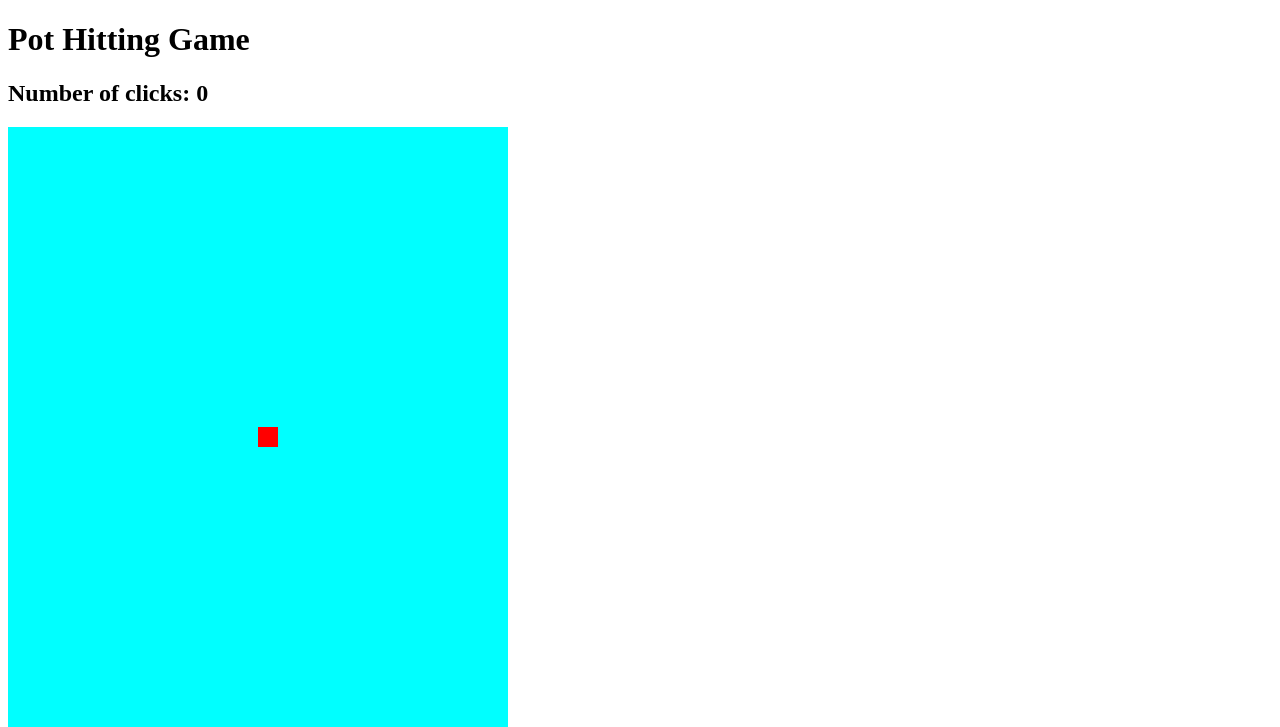
Repository: manojsatya/Web_development
Page: PotHitting_game/index.html
An editor plug-in stored every save of this project. The page is shown before and after the next save, followed by the edit.
The browser window is 1280 px wide. The pictures show the whole page.

Above is the page before, as saved 2019-06-03 10:07:43.

After the next save:
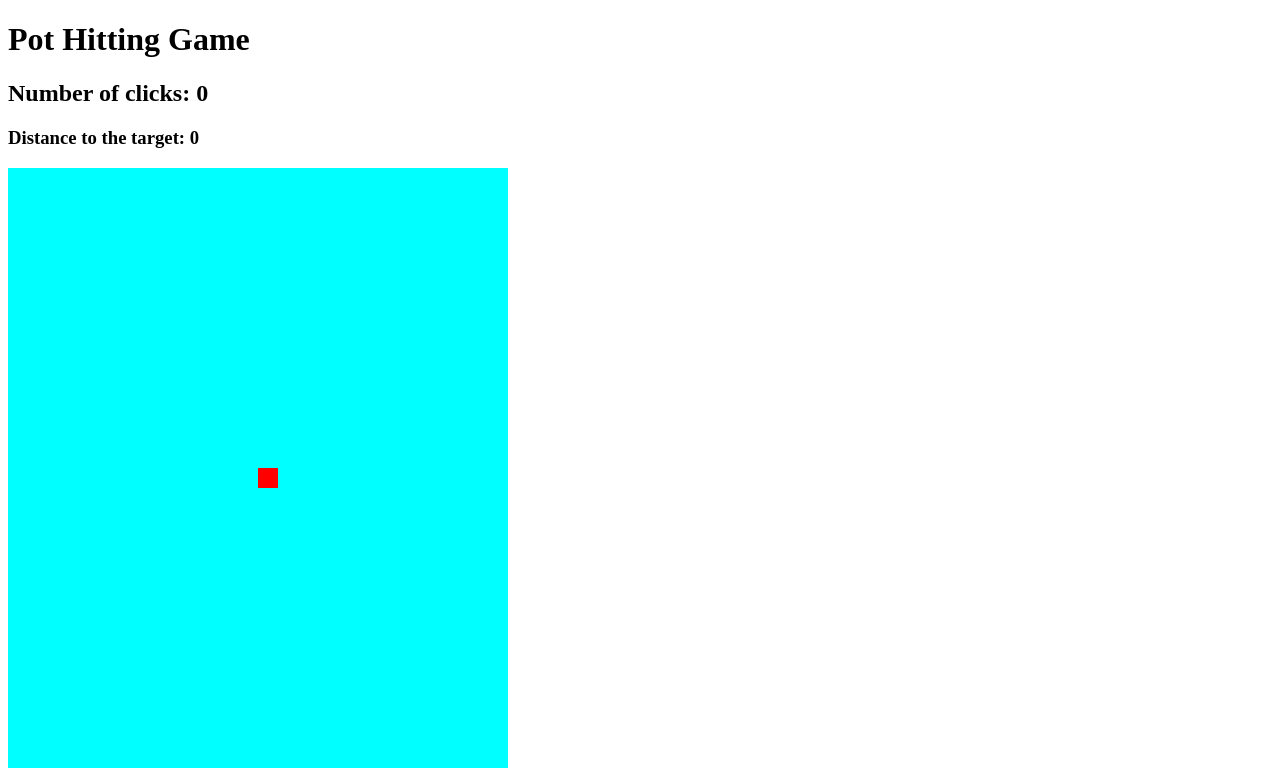
Saved 6 min 12 s later.
--- a/PotHitting_game/index.html
+++ b/PotHitting_game/index.html
@@ -12,7 +12,7 @@
 
     <h1 class="head">Pot Hitting Game</h1>
     <h2> Number of clicks: <span id="clicks">0</span></h2>
-
+    <h3>Distance to the target: <span>0</span></h3>
     <div class="playarea">  </div>
     <div class="target"></div>
 
